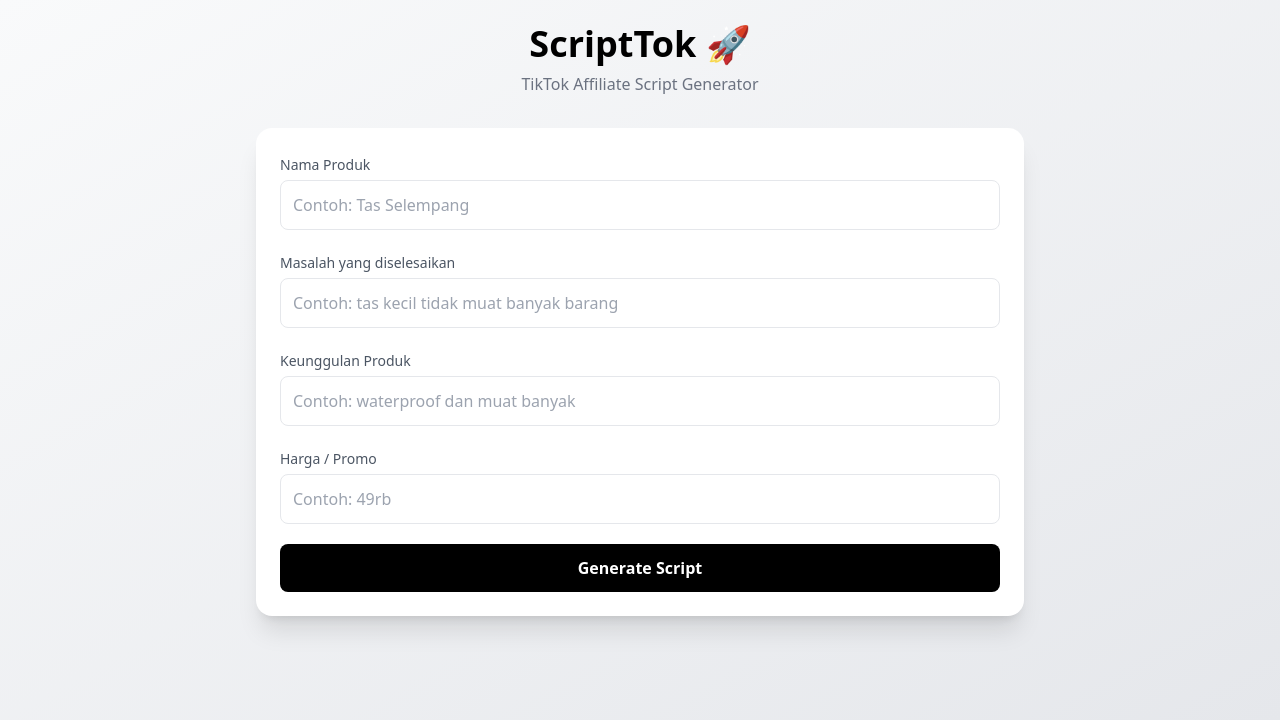
Repository: diritditdit07/ScriptTok
Page: /
These files come from the project's save history. The page is drawn as it stood at one moment and after the next save; the edit follows.
The browser window is 1280 px wide. The pictures show the whole page.
The project was rebuilt for these pictures with package versions that can differ from the ones it lists, and the page was loaded fresh each time. Also part of the build but not shown: vite.config.js, src/components/ScriptResult.jsx, src/components/HookList.jsx.

Above is the page before, as saved 2026-03-05 11:31:16.

After the next save:
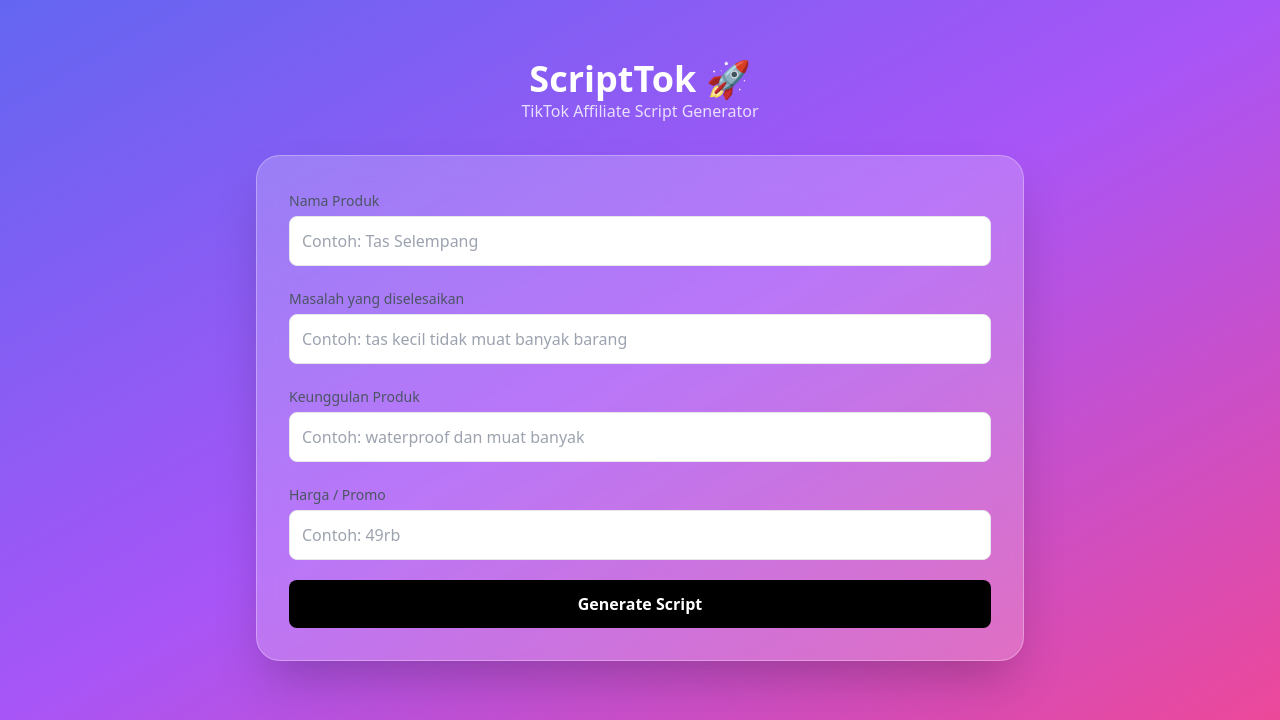
Saved 93 s later.
--- a/src/App.jsx
+++ b/src/App.jsx
@@ -13,43 +13,37 @@
 
   function handleGenerate(data) {
 
-    // generate script
     const resultScript = generateScript(data);
     setScript(resultScript);
 
-    // generate hook ideas
     const resultHooks = generateHooks(data.product);
     setHooks(resultHooks);
   }
 
   return (
-    <div className="min-h-screen bg-gradient-to-br from-gray-50 to-gray-200 flex justify-center items-start p-6">
+
+    <div className="min-h-screen bg-gradient-to-br from-indigo-500 via-purple-500 to-pink-500 flex justify-center items-center p-6">
 
       <div className="w-full max-w-3xl">
 
-        {/* Header */}
-        <header className="mb-8 text-center">
+        <header className="text-center text-white mb-8">
 
           <h1 className="text-4xl font-bold">
             ScriptTok 🚀
           </h1>
 
-          <p className="text-gray-500 mt-2">
+          <p className="opacity-80">
             TikTok Affiliate Script Generator
           </p>
 
         </header>
 
-        {/* Card */}
-        <div className="bg-white shadow-xl rounded-2xl p-6">
+        <div className="backdrop-blur-lg bg-white/20 border border-white/30 shadow-2xl rounded-3xl p-8">
 
-          {/* Form */}
           <ProductForm onGenerate={handleGenerate} />
 
-          {/* Hook Ideas */}
           <HookList hooks={hooks} />
 
-          {/* Script Result */}
           <ScriptResult script={script} />
 
         </div>
